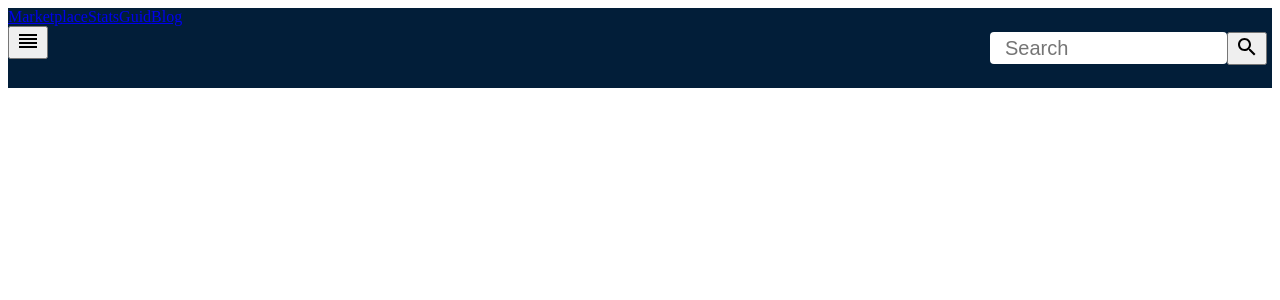
Repository: cvsschaitanya/test
Page: /
The author's editor kept a copy of each file at every save. The page is drawn from the files as they stood at one save, then again after the next save.
The browser window is 1280 px wide. The pictures show the whole page.
The project was rebuilt for these pictures with package versions that can differ from the ones it lists, and the page was loaded fresh each time.

Above is the page before, as saved 2021-10-20 23:15:31.

After the next save:
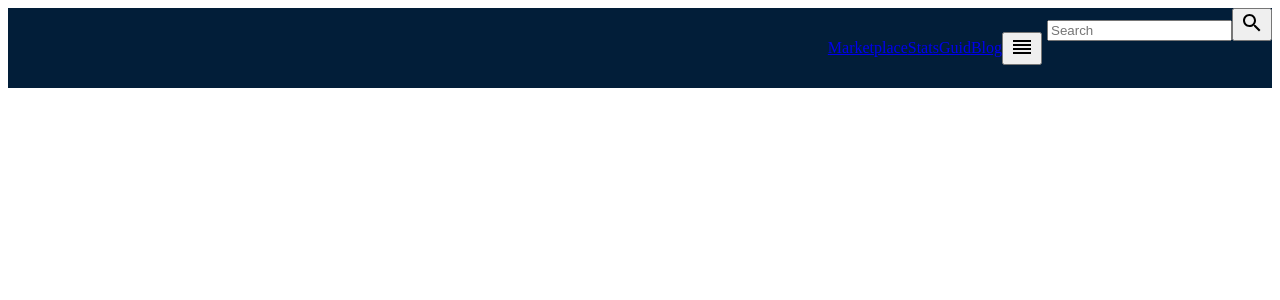
Saved 11 s later.
--- a/src/components/NavBar.css
+++ b/src/components/NavBar.css
@@ -38,7 +38,7 @@
     margin-left:20px;
 }
 
-.NavBar .Right{
+.NavBar .Left{
     flex: 50%;
     display: flex;
     align-items: center;
@@ -46,7 +46,7 @@
     padding-right: 5px;
 }
 
-.NavBar .Right input{
+.NavBar .Left input{
     width:220px;
     height: 30px;
     border:none;
